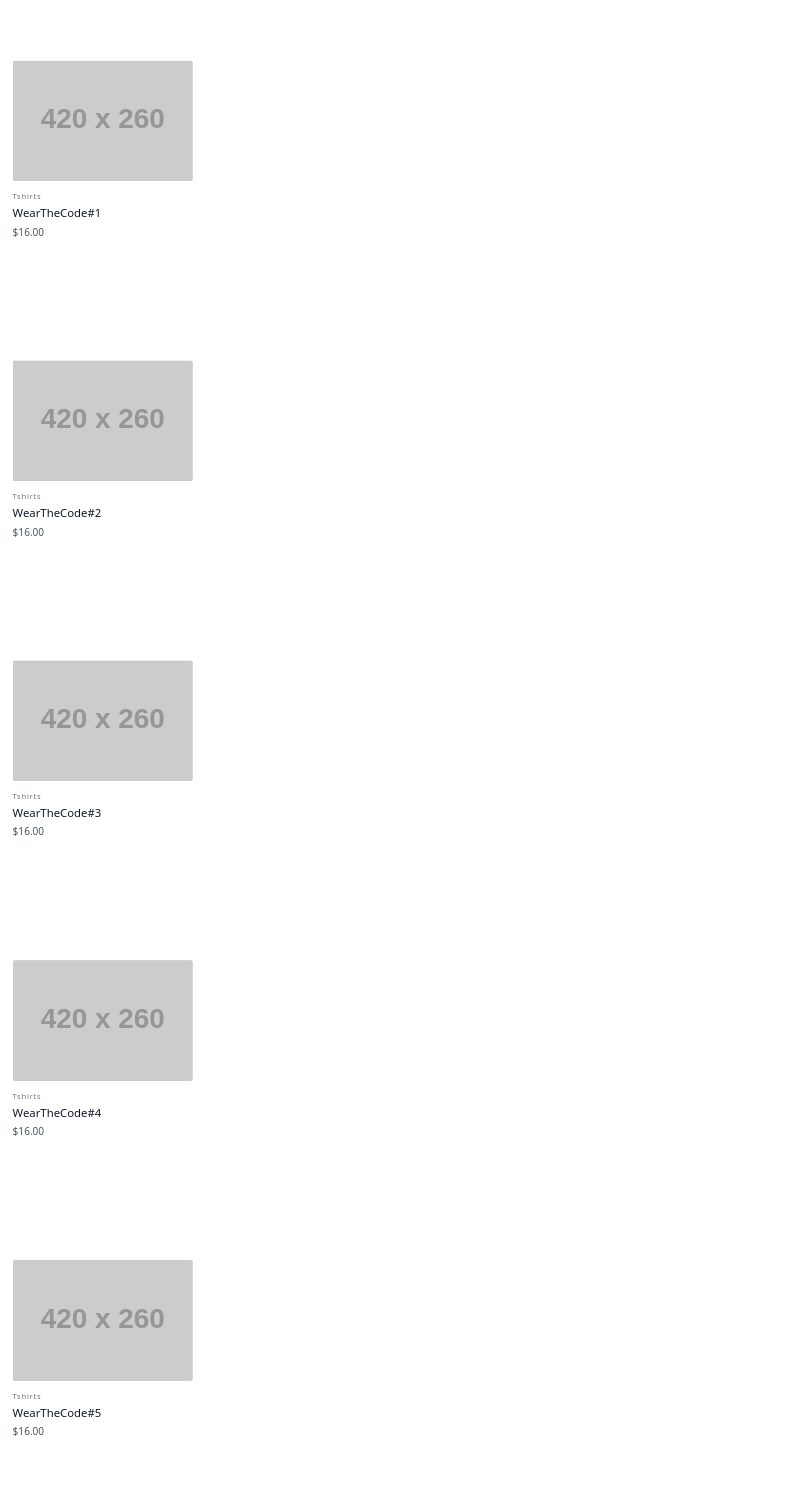
Repository: PrasadSSPBK/Tshirts-HoodiesFiltering
Page: /
An editor plug-in stored every save of this project. The page is shown before and after a run of saves, followed by the edit.
The browser window is 1280 px wide. The pictures show the whole page, at 63% of full size.
The project was rebuilt for these pictures with package versions that can differ from the ones it lists, and the page was loaded fresh each time. The framework's server and built-in components were replaced by stand-ins that run in the browser. Requests to the local data server were answered from the project's data file. Also part of the build but not shown: next.config.js.

Above is the page before, as saved 2022-10-12 15:30:35.

After the next 2 saves:
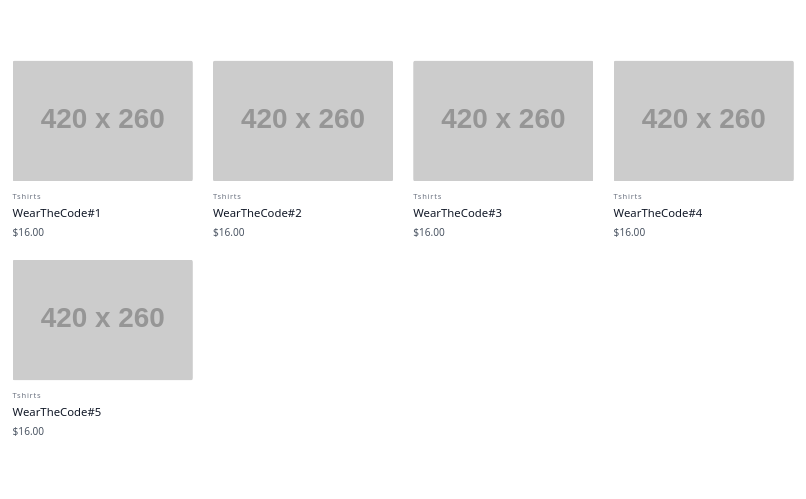
The 2 saves are shown as one change because 1 did not build or start.
The last was saved 95 s later.
--- a/pages/index.js
+++ b/pages/index.js
@@ -12,14 +12,14 @@ export default function Home({data}) {
 
 
 
-
+      <section className="text-gray-600 body-font" >
+        <div className="container px-5 py-24 mx-auto">
+          <div className="flex flex-wrap -m-4">
 
           {data.map((item)=>{
             return(
-              <section className="text-gray-600 body-font" key={item.id}>
-                <div className="container px-5 py-24 mx-auto">
-                  <div className="flex flex-wrap -m-4">
-              <div className="lg:w-1/4 md:w-1/2 p-4 w-full">
+
+              <div key={item.id}  className="lg:w-1/4 md:w-1/2 p-4 w-full">
                 <a className="block relative h-48 rounded overflow-hidden">
                   <img alt="ecommerce" className="object-cover object-center w-full h-full block" src="https://dummyimage.com/420x260"/>
                 </a>
@@ -29,12 +29,13 @@ export default function Home({data}) {
                   <p className="mt-1">$16.00</p>
                 </div>
               </div>
-                  </div>
-                </div>
-              </section>
 
             )
           })}
+          </div>
+        </div>
+      </section>
+
 
         </div>
 
